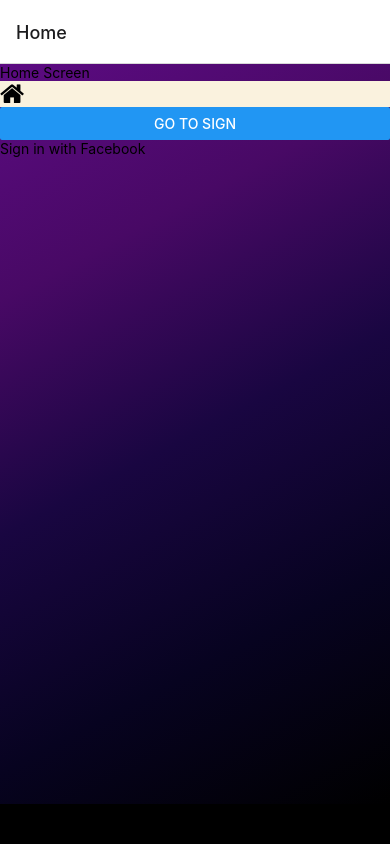
Repository: eyebone/barManager
Screen: /
The author's editor kept a copy of each file at every save. The screen is drawn from the files as they stood at one save, then again after a run of saves.
The app was drawn by React Native's web renderer in a window 390 px wide. The project was rebuilt for these pictures with package versions that can differ from the ones it lists, and the page was loaded fresh each time. Some packages were replaced by stand-ins written for this rebuild. Also part of the build but not shown: components/EmojiPicker.js, components/Button.js, components/ImageViewer.js, components/circleButton.js, components/IconButton.js, view/ViewOne.js, view/Sign.js.

Above is the screen before, as saved 2023-06-26 15:03:52.

### App.js
// In App.js in a new project

import * as React from "react";
import { Button, View, Text, StyleSheet, Pressable, Alert } from "react-native";
// import React-native from 'react-native';
import { NavigationContainer } from "@react-navigation/native";
import { createNativeStackNavigator } from "@react-navigation/native-stack";
import { ViewOne } from "./view/ViewOne";
// import Button from "./components/Button";
import { SignView } from "./view/Sign";
import { LinearGradient } from "expo-linear-gradient";
import FontAwesome from "react-native-vector-icons/FontAwesome";
function HomeScreen({ navigation }) {
  return (
    <View style={styles.container}>
      <LinearGradient
        start={{ x: 0, y: 0 }}
        end={{ x: 1, y: 1 }}
        colors={["#5c0b82", "#480965", "#190641", "#070320", "#000000"]}
        style={styles.linearGradient}
      >
        <Text>Home Screen</Text>
        <Pressable
          style={(styles.button, { backgroundColor: "#faf2de" })}
          onPress={() => navigation.navigate("test")}
        >
          <FontAwesome name="home" size={26} />
          <Text></Text>
        </Pressable>

        <Button
          title="Go to Sign"
          onPress={() => navigation.navigate("sign")}
        />
        <Text style={styles.buttonText}>Sign in with Facebook</Text>
      </LinearGradient>
    </View>
  );
}

const Stack = createNativeStackNavigator();

function App() {
  return (
    <NavigationContainer style={styles.container}>
      <Stack.Navigator>
        <Stack.Screen name="Home" component={HomeScreen} />
        <Stack.Screen name="test" component={ViewOne} />
        <Stack.Screen name="sign" component={SignView} />
      </Stack.Navigator>
    </NavigationContainer>
  );
}

export default App;

const styles = StyleSheet.create({
  container: {
    flex: 1,
    flexDirection: "column",
    backgroundColor: "#000000",
    //    alignItems: 'center',
  },
  linearGradient: {
    height: 740,
  },
  button: {
    borderRadius: 10,
    width: 300,
    height: 30,
    alignItems: "center",
    justifyContent: "center",
    flexDirection: "row",
  },
});

After the next 2 saves:
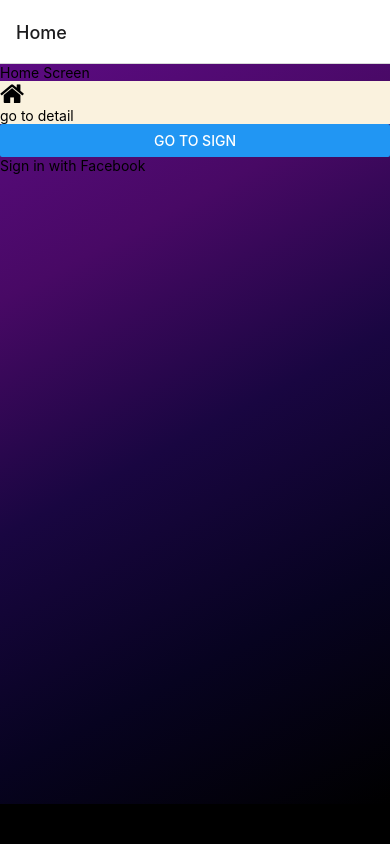
The 2 saves are shown as one change because they came seconds apart.
The last was saved 7 s later.
--- a/App.js
+++ b/App.js
@@ -25,7 +25,7 @@ function HomeScreen({ navigation }) {
           onPress={() => navigation.navigate("test")}
         >
           <FontAwesome name="home" size={26} />
-          <Text></Text>
+          <Text>go to detail</Text>
         </Pressable>
 
         <Button
